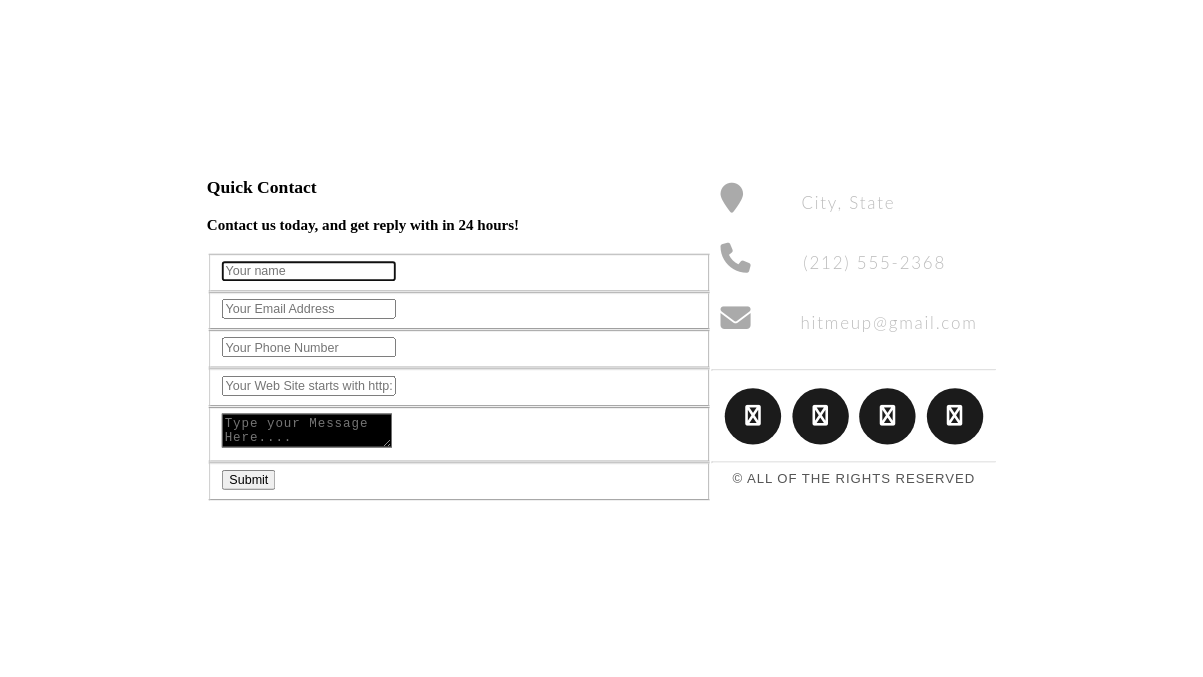
Repository: 365dayschallenge/interface_uniliver
Page: contact.html
An editor plug-in stored every save of this project. The page is shown before and after the next save, followed by the edit.
The browser window is 1280 px wide. The pictures show the whole page, at 94% of full size.

Above is the page before, as saved 2022-12-18 18:19:25.

After the next save:
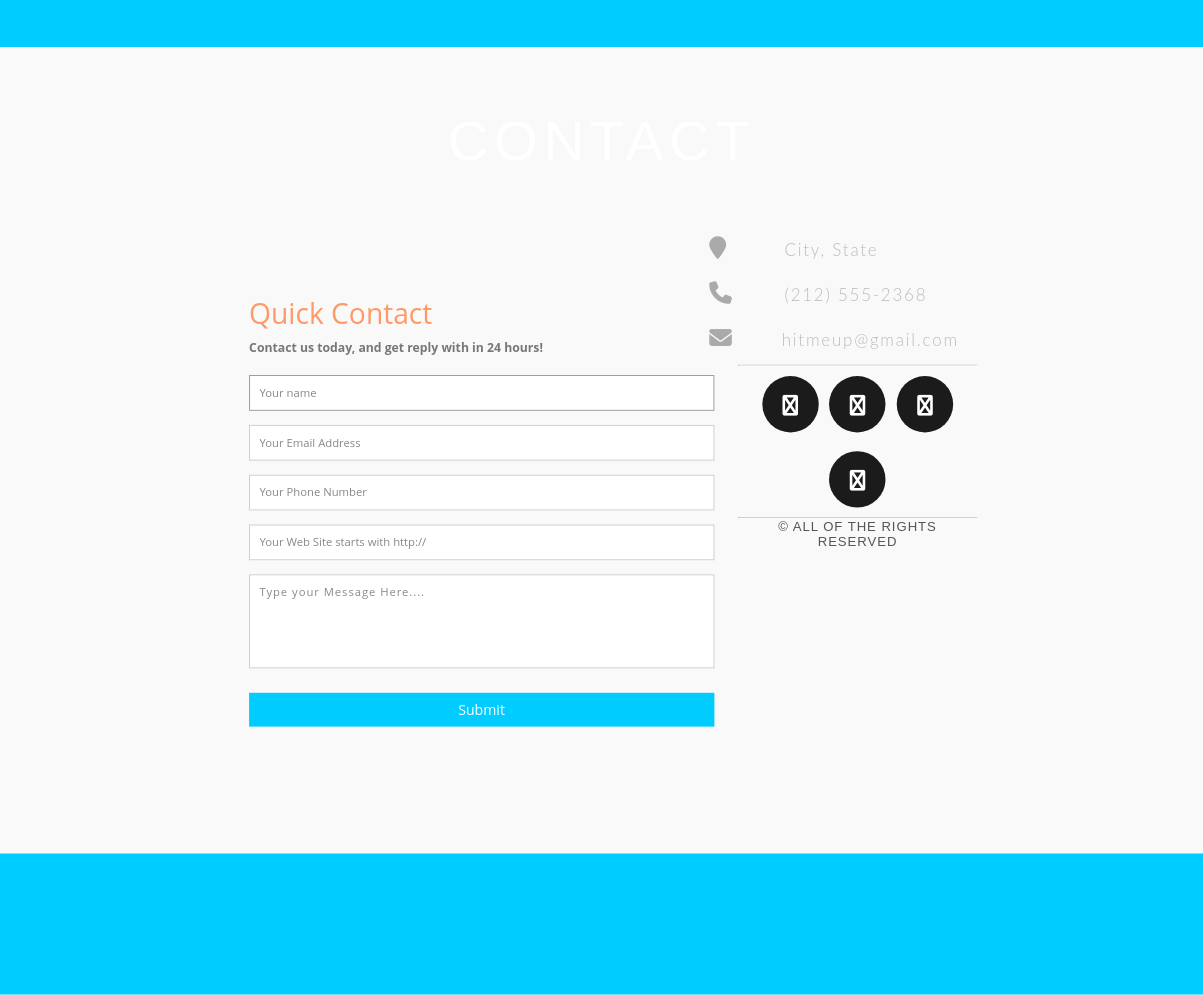
Saved 4 s later.
--- a/css/contact.css
+++ b/css/contact.css
@@ -252,3 +252,120 @@ hr {
     width: 99%;
   }
 }
+@import url(https://fonts.googleapis.com/css?family=Open+Sans:400italic,400,300,600);
+
+* {
+	margin:0;
+	padding:0;
+	box-sizing:border-box;
+	-webkit-box-sizing:border-box;
+	-moz-box-sizing:border-box;
+	-webkit-font-smoothing:antialiased;
+	-moz-font-smoothing:antialiased;
+	-o-font-smoothing:antialiased;
+	font-smoothing:antialiased;
+	text-rendering:optimizeLegibility;
+}
+
+body {
+	font-family:"Open Sans", Helvetica, Arial, sans-serif;
+	font-weight:300;
+	font-size: 12px;
+	line-height:30px;
+	color:#777;
+	background:#0CF;
+}
+
+.container {
+	max-width:400px;
+	width:100%;
+	margin:0 auto;
+	position:relative;
+}
+
+#contact input[type="text"], #contact input[type="email"], #contact input[type="tel"], #contact input[type="url"], #contact textarea, #contact button[type="submit"] { font:400 12px/16px "Open Sans", Helvetica, Arial, sans-serif; }
+
+#contact {
+	background:#F9F9F9;
+	padding:25px;
+	margin:50px 0;
+}
+
+#contact h3 {
+	color: #F96;
+	display: block;
+	font-size: 30px;
+	font-weight: 400;
+}
+
+#contact h4 {
+	margin:5px 0 15px;
+	display:block;
+	font-size:13px;
+}
+
+fieldset {
+	border: medium none !important;
+	margin: 0 0 10px;
+	min-width: 100%;
+	padding: 0;
+	width: 100%;
+}
+
+#contact input[type="text"], #contact input[type="email"], #contact input[type="tel"], #contact input[type="url"], #contact textarea {
+	width:100%;
+	border:1px solid #CCC;
+	background:#FFF;
+	margin:0 0 5px;
+	padding:10px;
+}
+
+#contact input[type="text"]:hover, #contact input[type="email"]:hover, #contact input[type="tel"]:hover, #contact input[type="url"]:hover, #contact textarea:hover {
+	-webkit-transition:border-color 0.3s ease-in-out;
+	-moz-transition:border-color 0.3s ease-in-out;
+	transition:border-color 0.3s ease-in-out;
+	border:1px solid #AAA;
+}
+
+#contact textarea {
+	height:100px;
+	max-width:100%;
+  resize:none;
+}
+
+#contact button[type="submit"] {
+	cursor:pointer;
+	width:100%;
+	border:none;
+	background:#0CF;
+	color:#FFF;
+	margin:0 0 5px;
+	padding:10px;
+	font-size:15px;
+}
+
+#contact button[type="submit"]:hover {
+	background:#09C;
+	-webkit-transition:background 0.3s ease-in-out;
+	-moz-transition:background 0.3s ease-in-out;
+	transition:background-color 0.3s ease-in-out;
+}
+
+#contact button[type="submit"]:active { box-shadow:inset 0 1px 3px rgba(0, 0, 0, 0.5); }
+
+#contact input:focus, #contact textarea:focus {
+	outline:0;
+	border:1px solid #999;
+}
+::-webkit-input-placeholder {
+ color:#888;
+}
+:-moz-placeholder {
+ color:#888;
+}
+::-moz-placeholder {
+ color:#888;
+}
+:-ms-input-placeholder {
+ color:#888;
+}
